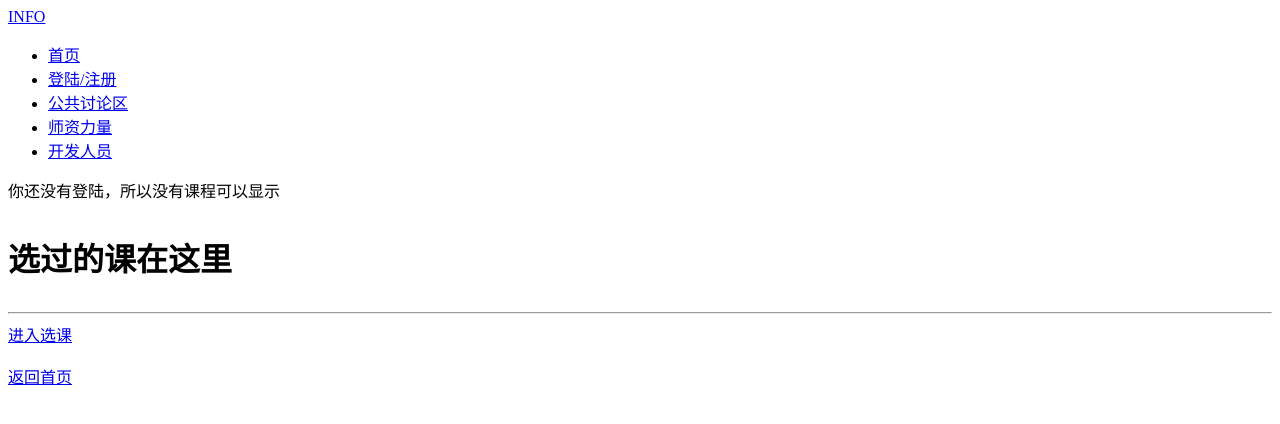
Repository: hbisheng/Academic-portal-website
Page: http://localhost/NewInfo/courses/index.jsp
An editor plug-in stored every save of this project. The page is shown before and after the next save, followed by the edit.
The browser window is 1280 px wide. The pictures show the whole page.
The page is served by Tomcat 9.

Above is the page before, as saved 2014-09-21 19:47:59.

After the next save:
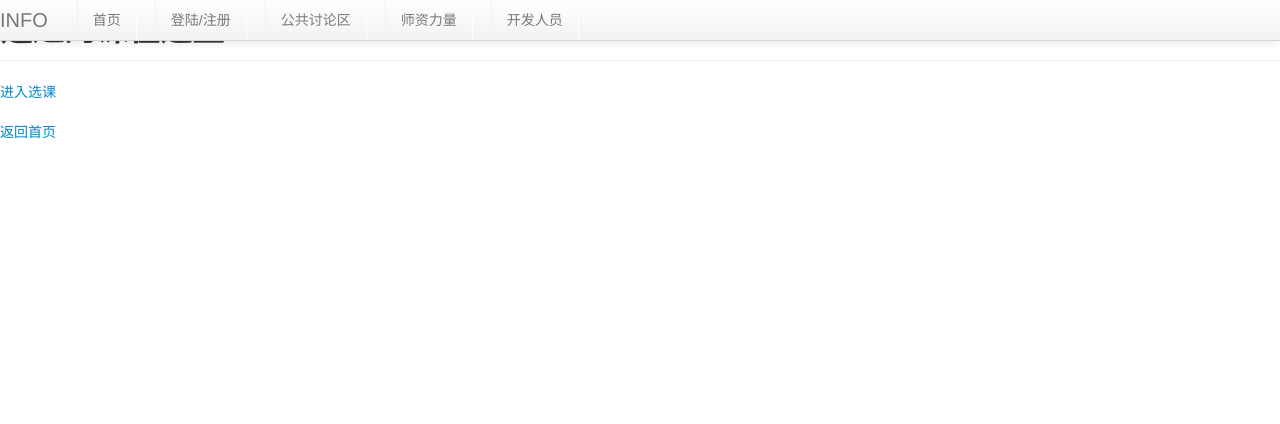
Saved 21 s later.
--- a/Java_info/NewInfo/WebContent/courses/index.jsp
+++ b/Java_info/NewInfo/WebContent/courses/index.jsp
@@ -12,7 +12,8 @@
 </head>
 <body>
 
-
+<link href="../bootstrap/css/bootstrap.css" rel="stylesheet">
+<link href="../bootstrap/css/bootstrap-responsive.css" rel="stylesheet">
 <div class="navbar nav-pills navbar-fixed-top">
   <div class="navbar-inner">
     <a class="brand" href="#">INFO</a>
